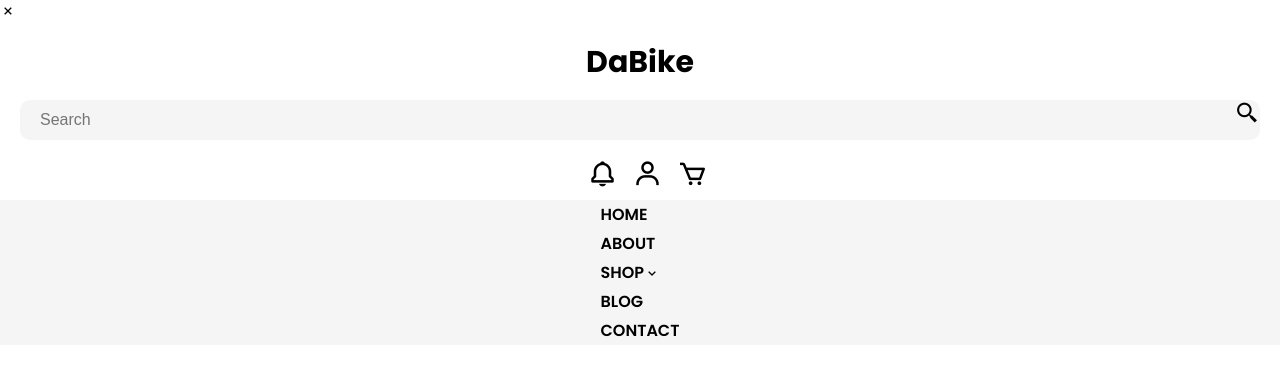
Repository: Datt21/DacMaxx
Page: index.html
These files come from the project's save history. The page is drawn as it stood at one moment and after the next save; the edit follows.
The browser window is 1280 px wide. The pictures show the window.
A layer covers the whole window, so only the first screen is drawn. An inner scrolling area shows only its first screen.

Above is the page before, as saved 2021-07-08 15:53:13.

After the next save:
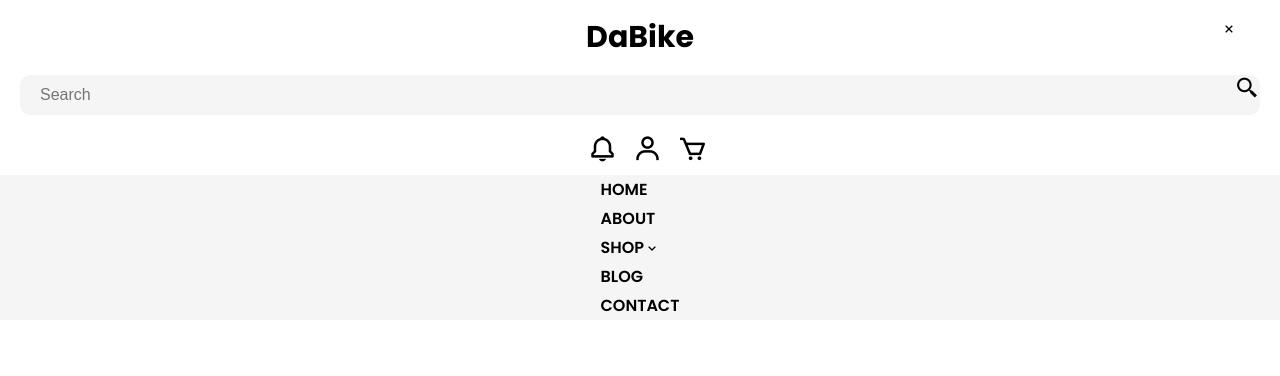
Saved 78 s later.
--- a/index.html
+++ b/index.html
@@ -25,14 +25,14 @@
         <div class="mobile-menu bg-second">
             <a href="#" class="mb-logo">DaBike</a>
 
-            <span class="mb-menu-toggle mb-menu-close" id="mb-menu-close">
+            <span class="mb-menu-toggle " id="mb-menu-toggle">
                 <i class='bx bx-menu'></i>
             </span>
         </div>
         <!-- end mobile menu -->
         <!-- main header -->
         <div class="header-wrapper" id="header-wrapper">
-            <span class="mb-menu-toggle" id="mb-menu-toggle">
+            <span class="mb-menu-toggle mb-menu-close" id="mb-menu-close">
                 <i class='bx bx-x'></i>
             </span>
             <!-- top header -->
